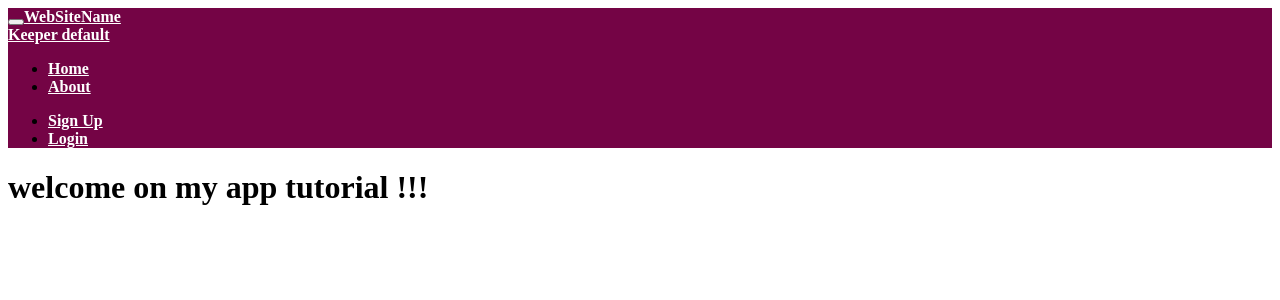
Repository: 3bdulrahman/contact-keeper
Page: / (app in client/)
An editor plug-in stored every save of this project. The page is shown before and after the next save, followed by the edit.
The browser window is 1280 px wide. The pictures show the whole page.
The project was rebuilt for these pictures with package versions that can differ from the ones it lists, and the page was loaded fresh each time.

Above is the page before, as saved 2020-03-29 21:23:32.

After the next save:
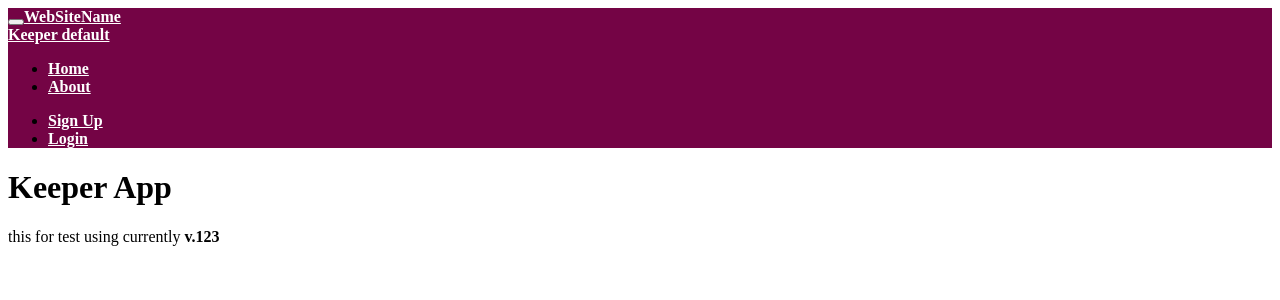
Saved 2 min 53 s later.
--- a/client/src/App.js
+++ b/client/src/App.js
@@ -6,7 +6,11 @@ const  App = ()=> {
   return (
     <div className="App">
          <Navbar   />
-         <h1>welcome on my app tutorial !!! </h1>
+         <div className='container'>
+            <h1>Keeper App</h1>
+            <p className="text-danger">this for test using currently <strong>v.123</strong></p>
+         </div>
+
     </div>
   );
 }
